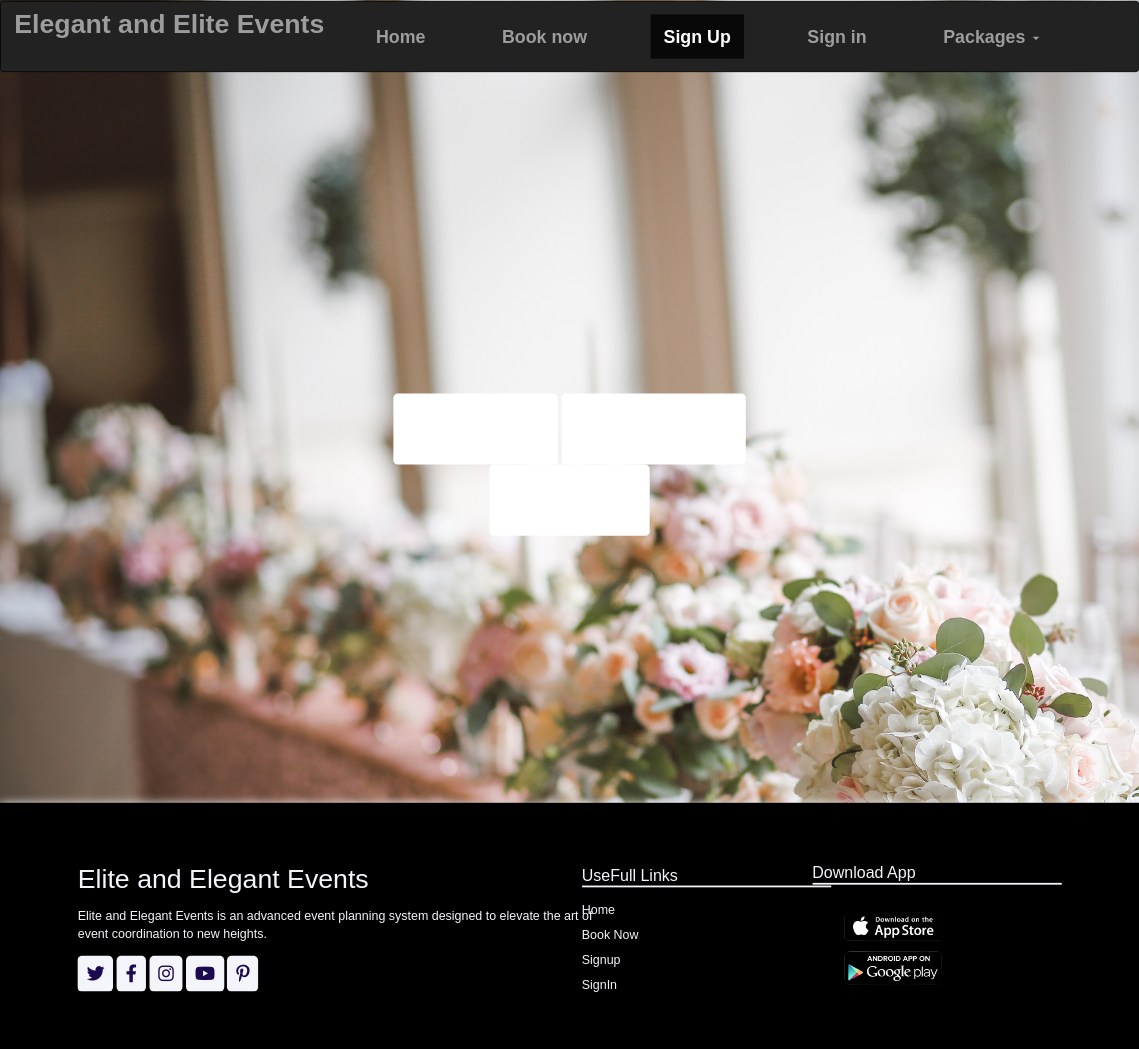
Repository: it22272690/Event-Planning-System
Page: http://localhost/PaymentDemo/useraccount.jsp
The author's editor kept a copy of each file at every save. The page is drawn from the files as they stood at one save, then again after the next save.
The browser window is 1280 px wide. The pictures show the whole page, at 89% of full size.
Some web fonts or font styles are not loaded; a fallback is used. The page is served by Tomcat 10. Other server files are loaded and not shown.

Above is the page before, as saved 2023-10-24 09:15:07.

### PaymentDemo/src/main/webapp/useraccount.jsp
<%@ page language="java" contentType="text/html; charset=ISO-8859-1"
    pageEncoding="ISO-8859-1"%>
<!DOCTYPE html>
<html>
<head>
    <meta charset="UTF-8">
    <meta name="viewport" content="width=device-width, initial-scale=1.0">
    <title>User Profile</title>

    <link rel="stylesheet" type="text/css" href="css\useraccount.css">
    <link rel="stylesheet" type="text/css" href="css\home.css">
   <title>Bootstrap Example</title>
        <meta charset="utf-8">
        <meta name="viewport" content="width=device-width, initial-scale=1">
        <link rel="stylesheet" href="https://maxcdn.bootstrapcdn.com/bootstrap/3.4.1/css/bootstrap.min.css">
        <script src="https://ajax.googleapis.com/ajax/libs/jquery/3.6.4/jquery.min.js"></script>
        <script src="https://maxcdn.bootstrapcdn.com/bootstrap/3.4.1/js/bootstrap.min.js"></script>
         <!-- Style Css Link -->
    <link rel="stylesheet" href="css/footer.css">
    <!-- Style Css Link -->

    <!-- Font Awesome Cdn -->
    <link rel="stylesheet" href="https://cdnjs.cloudflare.com/ajax/libs/font-awesome/6.4.0/css/all.min.css">
    <!-- Font Awesome Cdn -->

    <!-- Google Font links -->
    <link rel="preconnect" href="https://fonts.googleapis.com">
    <link rel="preconnect" href="https://fonts.gstatic.com" crossorigin>
    <link href="https://fonts.googleapis.com/css2?family=Josefin+Sans:wght@500&display=swap" rel="stylesheet">
    <!-- Google Font links -->
    </head>
    <body>
     <style>

        body {
            font-family: 'Times New Roman';
            background-color: #f0f0f0;
            text-align: center;
            background-image: url("images/useraccount.jpg");
            background-size: cover
        }
    </style>
        <header>

            <nav class="navbar navbar-inverse">

                <div class="container-fluid">
                    <div class="navbar-header">

                        <a class="navbar-brand" href="#"><b style="font-size:30px;">Elegant and Elite Events</b></a>

                    </div>
                    <ul class="nav navbar-nav">

                        <li><a href="Home.jsp">Home</a></li>
                        <li><a href="Navigate.jsp">Book now</a></li>
                        <li class="active"><a href="Signup.jsp">Sign Up</a></li>
                        <li><a href="Signin.jsp">Sign in</a></li>
                        <li class="dropdown"> <!-- Dropdown Menu -->
                        <a href="#" class="dropdown-toggle" data-toggle="dropdown">Packages <span class="caret"></span></a>
                        <ul class="dropdown-menu">
                            <li class="center-text"><a href="#">Food and Beverages</a></li>
                            <li class="center-text"><a href="#">Decorations</a></li>
                            <li class="center-text"><a href="#">Entertainment</a></li>
                            <li class="center-text"><a href="#">Hotels</a></li>

                            </ul>
                            </li>


                    </ul>
                </div>
            </nav>

        </header>
    </head>
    <body>
        <br><br>
        <div class="container">

            <div class="user-info">

                <!-- Display user information here (e.g., name, email, etc.) -->
            </div>
            <div class="user-actions">
                <button id="edit-customer"  style="color:white;">Edit Customer Form</button>
                <button id="edit-event"  style="color:white;">Edit Event Details Form</button>
                <button id="edit-payment" style="color:white;">Edit Payment Form</button>
            </div>
        </div>
       <footer id="footer">
    <div class="footer-content">
        <div class="row" id="row1">
            <a href="#" id="footer-logo">Elite and Elegant Events</a>
            <p>Elite and Elegant Events is an advanced event planning system designed to elevate the art of event coordination to new heights.</p>
            <div class="socail-links">
                <i class="fa-brands fa-twitter"></i>
                <i class="fa-brands fa-facebook-f"></i>
                <i class="fa-brands fa-instagram"></i>
                <i class="fa-brands fa-youtube"></i>
                <i class="fa-brands fa-pinterest-p"></i>
            </div>
        </div>
        <div class="row" id="row2">
            <h3>UseFull Links</h3>
            <ul>
                <li><a href="#">Home</a></li>
                <li><a href="#">Book Now</a></li>
                <li><a href="#">Signup</a></li>
                <li><a href="#">SignIn</a></li>

            </ul>
        </div>

        <div class="row" id="row4">
            <h3>Download App</h3>
            <img src="images/app.png" alt="foot">
        </div>
    </div>
</footer>
    </body>
</html>

### PaymentDemo/src/main/webapp/css/useraccount.css
body {
    font-family: Arial, sans-serif;
    background-color: rgb(128, 128, 128);
    margin: 0;
    padding: 0;
    background-image: url("userprofile.jpg");
}

.container {
    max-width: 700px;
    margin: 0 auto;
    padding: 200px;
    border-radius: 10px;
}

h1 {
    text-align: center;
}

.user-info {
    margin: 20px 0;
    color:aliceblue;
}

.user-actions {

    text-align: center;
    margin: 100px;

}

button {
    padding: 30px 30px;
    background-color: rgb(255, 255, 255);
    color: #fff;
    border: none;
    border-radius: 5px;
    cursor: pointer;
    margin: 30px; /* Increase the margin for more space between buttons */

}

button:hover {
    background-color: #c6d0db;
}

footer {
    background-color: #222; /* Dark background for footer */
    padding: 10px;
    text-align: left;
}

.contact, .social-media {
    display: inline-block;
    margin: 0 20px;
    text-align: left;
    color: #fff;
}

.social-media a {
    color: #fff;
    text-decoration: none;
    margin: 5px;
    text-align: left;
}

### PaymentDemo/src/main/webapp/css/home.css

.button {
    display: inline-block;
    padding: 10px 20px;
    background-color: #D2691E;
    color: #fff;
    text-decoration: none;
    border-radius: 10px;
    margin-right: 10px;
}

body {
    font-family: 'Courier New';
    margin: 0;
    padding: 0;
    background-color: #FFE4B5;
    color: #fff;
}

header {
    display: flex;
    font-family: Arial;
    font-size: 20px;
    align-items: center;

    padding: 1px 0;
    justify-content: space-between; /* Center buttons horizontally */
}

    header img {
        width: 100px; /* Adjust the width as needed */
        height: auto; /* Preserve the aspect ratio */
        margin-left: 20px; /* Add some left margin to the logo */
    }

nav ul {
    list-style-type: none;
    padding: 0;
    text-align: center; /* Center buttons vertically */
}

    nav ul li {
        display: inline;
        float: right;
        display: block;
        color: white;
        padding: 14px 18px;
        text-decoration: none;
    }

        nav ul li a {
            color: #fff;
            text-decoration: none;
            font-weight: bold;
            margin: 0 10px; /* Add some horizontal spacing between the buttons */
        }

.services {
    display: flex;
    flex-wrap: wrap;
    justify-content: center;
    margin: 20px auto;
    max-width: 1200px;
    color: #8B4513; /* Set the text color to white for visibility */
}

.service {
    background-color: #fff;
    border: 1px solid #FF4500; /* Slightly darker border */
    border-radius: 5px;
    padding: 20px;
    margin: 10px;
    text-align: center;
    width: calc(33.33% - 20px);
}

footer {
    background-color: #222; /* Dark background for footer */
    padding: 20px;
    text-align: left;
}

.contact, .social-media {
    display: inline-block;
    margin: 0 20px;
    text-align: left;
    color: #fff;
}

    .social-media a {
        color: #fff;
        text-decoration: none;
        margin: 5px;
        text-align: left;
    }

/* Add this CSS to style the search bar */
.search-section {
    display: flex;
    align-items: center;
}

.search-bar {
    padding: 10px;
    border: 1px solid #ccc;
    border-radius: 5px;
    margin-right: 10px;
    width: 200px; /* Adjust the width as needed */
    outline: none; /* Remove the outline on focus */
}

    .search-bar::placeholder {
        color: #999; /* Placeholder text color */
    }

.search-button {
    background-color: #D2691E;
    color: #fff;
    padding: 10px 20px;
    border: none;
    border-radius: 5px;
    cursor: pointer;
    font-weight: bold;
}

### PaymentDemo/src/main/webapp/css/footer.css
*{
    margin: 0;
    padding: 0;
    box-sizing: border-box;
    text-decoration: none;
    list-style: none;
    scroll-behavior: smooth;
    font-family: 'Josefin Sans', sans-serif;
}
html::-webkit-scrollbar-track{
    background: transparent;
}
html::-webkit-scrollbar-thumb{
    background: #f4f5fb;
    border-radius: 10px;
}
html::-webkit-scrollbar{
    width: 10px;
}
body{
    background: #fff;
}


/* Footer Start */
#footer{
    width: 100%;
    padding: 50px 8% 50px;
    background-color: black;
    box-shadow: 10px 10px 10px 10px #f4f5fb;
}
.footer-content{
    display: grid;
    grid-template-columns: repeat(auto-fit, minmax(250px, auto));
    align-items: center;
    gap: 0.90rem;
}
#footer #row1{
    position: relative;
    overflow: hidden;
}
#footer #row1 #footer-logo{
    font-size: 30px;
    color: #f4f5fb;
}
#footer #row1 p{
    color: #f4f5fb;
    margin-top: 10px;
}
.socail-links{
    margin-top: 15px;
}
.socail-links i{
    color: #1c0a51;
    background: #f4f5fb;
    font-size: 20px;
    padding: 10px;
    border-radius: 5px;
    cursor: pointer;
}
#row2 h3{
    font-size: 18px;
    color: #f4f5fb;
    border-bottom: 2px solid #f4f5fb;
}
#row2 ul{
    margin-top: 15px;
}
#row2 ul li{
    margin-top: 8px;
}
#row2 ul li a{
    color: #f4f5fb;
    transition: 0.5s ease;
}
#row2 li a:hover{
    border-bottom: 1px solid #f4f5fb;
}
#row3 h3{
    font-size: 18px;
    color: #f4f5fb;
    border-bottom: 2px solid #f4f5fb;
}
#row3 ul{
    margin-top: 15px;
}
#row3 ul li{
    margin-top: 8px;
}
#row3 ul li a{
    color: #f4f5fb;
    transition: 0.5s ease;
}
#row3 li a:hover{
    border-bottom: 1px solid #f4f5fb;
}
#row4 h3{
    font-size: 18px;
    color: #f4f5fb;
    border-bottom: 2px solid #f4f5fb;
}
#row4 img{
    width: 180px;
    cursor: pointer;
}
/* Footer End */

After the next save:
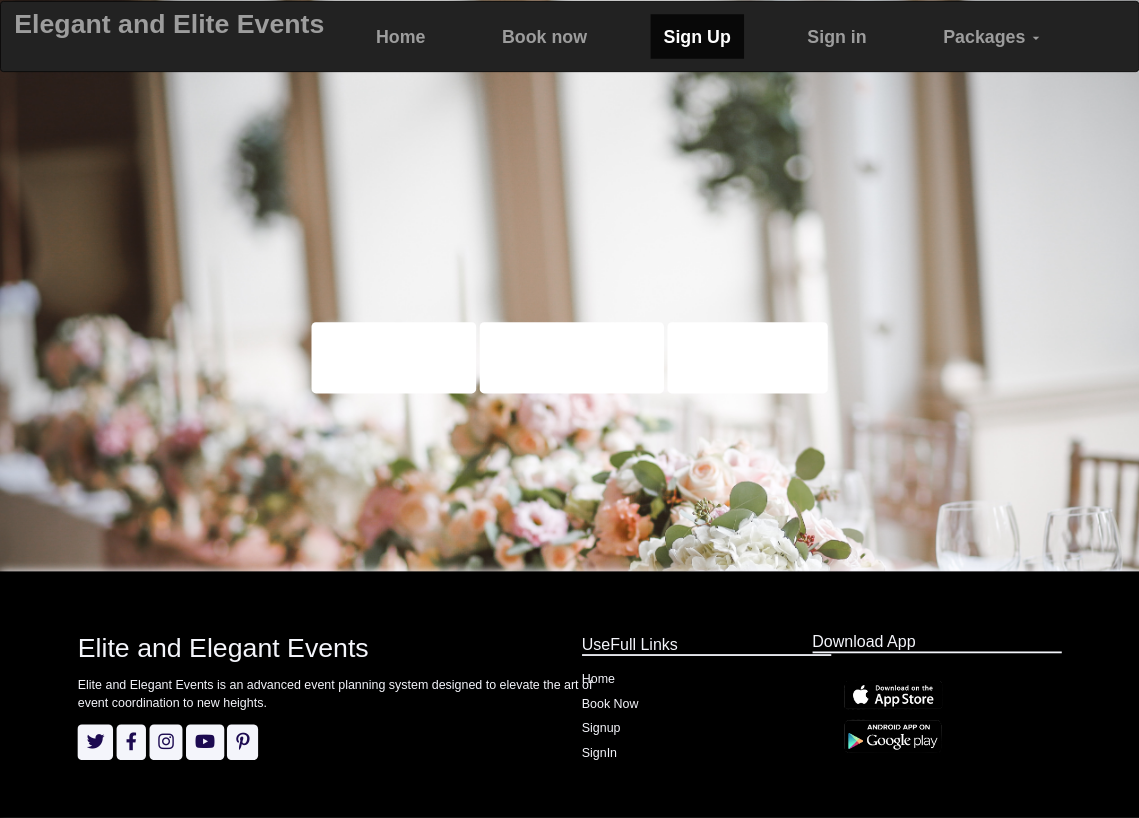
Saved 10 s later.
--- a/PaymentDemo/src/main/webapp/css/useraccount.css
+++ b/PaymentDemo/src/main/webapp/css/useraccount.css
@@ -25,7 +25,7 @@ h1 {
 .user-actions {
 
     text-align: center;
-    margin: 100px;
+
 
 }
 
